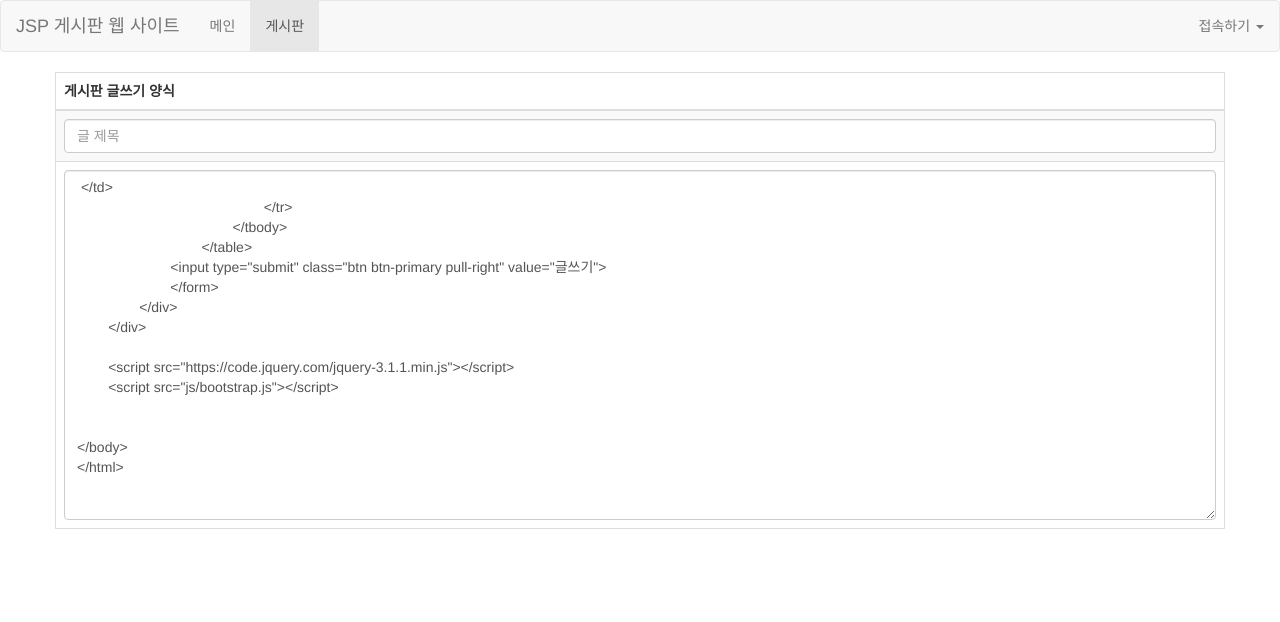
Repository: GorillaDunk/JSP
Page: http://localhost/BBS/write.jsp
An editor plug-in stored every save of this project. The page is shown before and after the next save, followed by the edit.
The browser window is 1280 px wide. The pictures show the whole page.
Some web libraries are served in a nearby version. The page is served by Tomcat 9. Other server files are loaded and not shown.

Above is the page before, as saved 2023-10-14 13:47:07.

### projects/BBS/src/main/webapp/write.jsp
<%@ page language="java" contentType="text/html; charset=UTF-8"
    pageEncoding="UTF-8"%>

<%@ page import="java.io.PrintWriter" %>
<!DOCTYPE html>
<html>
<head>
	<meta charset="UTF-8">
	<meta name="viewport" content="width=device-width", initial-scale="1">
	<link rel="stylesheet" href="css/bootstrap.css">
	<title>JSP 게시판 웹 사이트</title>
</head>
<body>

<%
	String userID = null;
	if(session.getAttribute("userID") != null){
		userID = (String)session.getAttribute("userID");
	}
%>

<!-- navbar -->
	<nav class="navbar navbar-default">
		<div class="navbar-header">
			<button type="button" class="navbar-toggle collapsed"
				data-toggle="collapse" data-target="#bs-example-navbar-collapse-1" aria-expanded="false">
				<!-- 이 녀석이 오른쪽에 화면을 줄였을 때 나오는 줄 -->
				<span class="icon-bar"></span>
				<span class="icon-bar"></span>
				<span class="icon-bar"></span>
			</button>
		<a class="navbar-brand" href="main.jsp"> JSP 게시판 웹 사이트 </a>
		</div>



		<div class="collapse navbar-collapse" id="bs-example-navbar-collapse-1">
			<ul class="nav navbar-nav">
				<li > <a href="main.jsp">메인</a></li>
				<li class="active"> <a href="bbs.jsp">게시판</a></li>
			</ul>

		<%
		if(userID == null){
		%>
			<ul class="nav navbar-nav navbar-right">
				<li class="dropdown">
					<a href="#" class="dropdown-toggle"
					data-toggle="dropdown" role="button" aria-haspopup="true" aria-expanded="false"> 접속하기 <span class="caret"></span></a>

					<ul class="dropdown-menu">
						<li class="active"><a href="login.jsp">로그인</a></li>
						<li> <a href="join.jsp">회원가입</a></li>
					</ul>
				</li>
			</ul>


		<%}else{%>
		<ul class="nav navbar-nav navbar-right">
				<li class="dropdown">
					<a href="#" class="dropdown-toggle"
					data-toggle="dropdown" role="button" aria-haspopup="true" aria-expanded="false"> 회원관리 <span class="caret"></span></a>
					<ul class="dropdown-menu">
						<li> <a href="logoutAction.jsp">로그아웃</a></li>
					</ul>
				</li>
			</ul>

		<%}%>

		</div>
	</nav>

	<div class="container">
		<div class="row">
			<form method="post" action="writeAction.jsp">
				<table class="table table-striped" style="text-align: center; border: 1px solid #dddddd">
					<thead>
						<tr>
							<th colspan="2" style="background-color: #eeeeee, text-align:center">게시판 글쓰기 양식 </th>
						</tr>
					</thead>

					<tbody>
						<tr>
							<td> <input type="text" class="form-control" placeholder="글 제목" name="bbsTitle" maxlength="50"> </td>
						</tr>

						<tr>
							<td> <textarea class="form-control" placeholder="글 내용" name="bbsContent" maxlength="2048" style="height:350px"> </td>
						</tr>
					</tbody>
				</table>
			<input type="submit" class="btn btn-primary pull-right" value="글쓰기">
			</form>
		</div>
	</div>

	<script src="https://code.jquery.com/jquery-3.1.1.min.js"></script>
	<script src="js/bootstrap.js"></script>


</body>
</html>

Loaded but not shown: projects/BBS/src/main/webapp/css/bootstrap.css (library); projects/BBS/src/main/webapp/js/bootstrap.js (library)

After the next save:
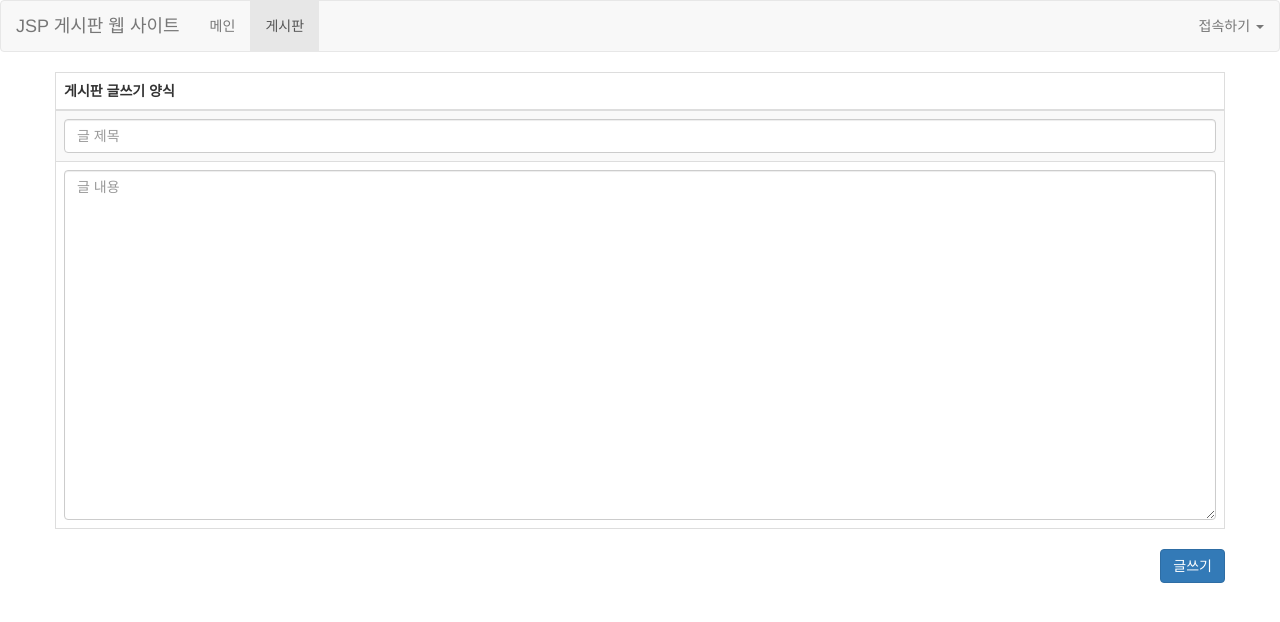
Saved 45 s later.
--- a/projects/BBS/src/main/webapp/write.jsp
+++ b/projects/BBS/src/main/webapp/write.jsp
@@ -88,7 +88,7 @@
 						</tr>
 
 						<tr>
-							<td> <textarea class="form-control" placeholder="글 내용" name="bbsContent" maxlength="2048" style="height:350px"> </td>
+							<td> <textarea class="form-control" placeholder="글 내용" name="bbsContent" maxlength="2048" style="height:350px"></textarea> </td>
 						</tr>
 					</tbody>
 				</table>
